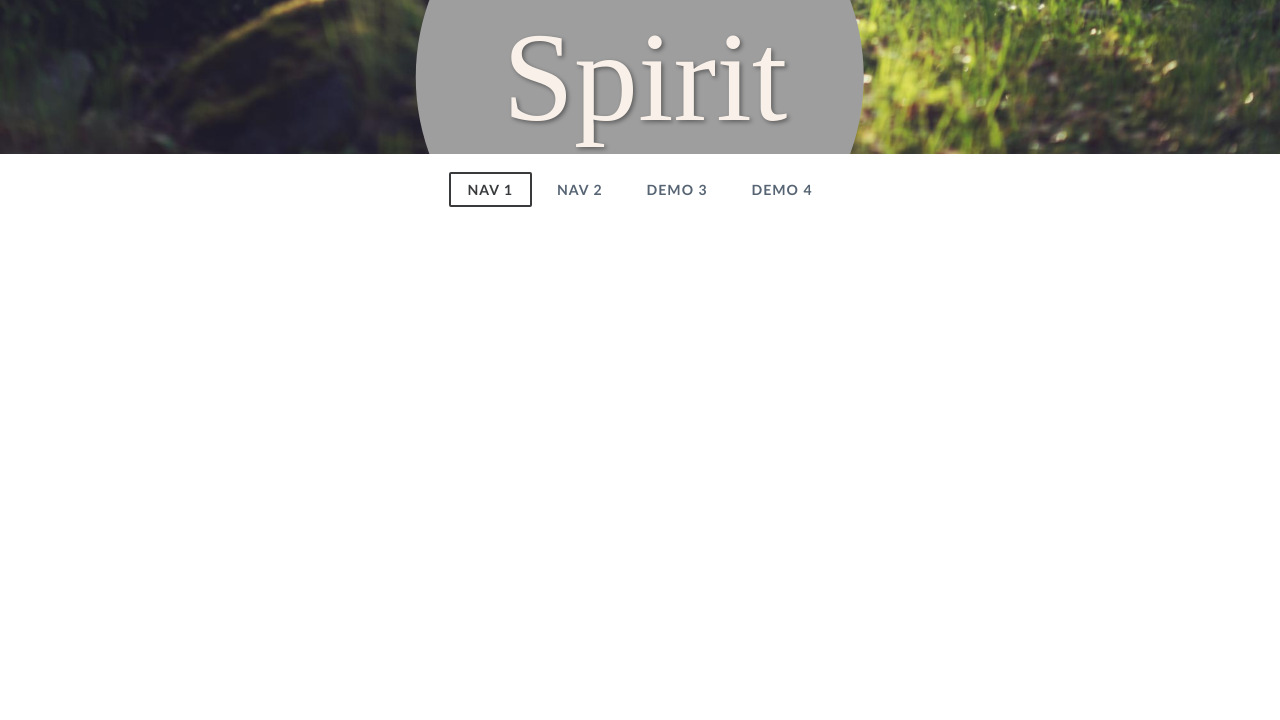
Repository: Arlenman/Arlenman.github.io
Page: index.html
These files come from the project's save history. The page is drawn as it stood at one moment and after the next save; the edit follows.
The browser window is 1280 px wide. The pictures show the whole page.
Pictures or frames that could not be fetched are drawn as grey boxes.

Above is the page before, as saved 2020-01-13 16:04:10.
Not found: js/demo-2.js
Not found: js/rAF.js

After the next save:
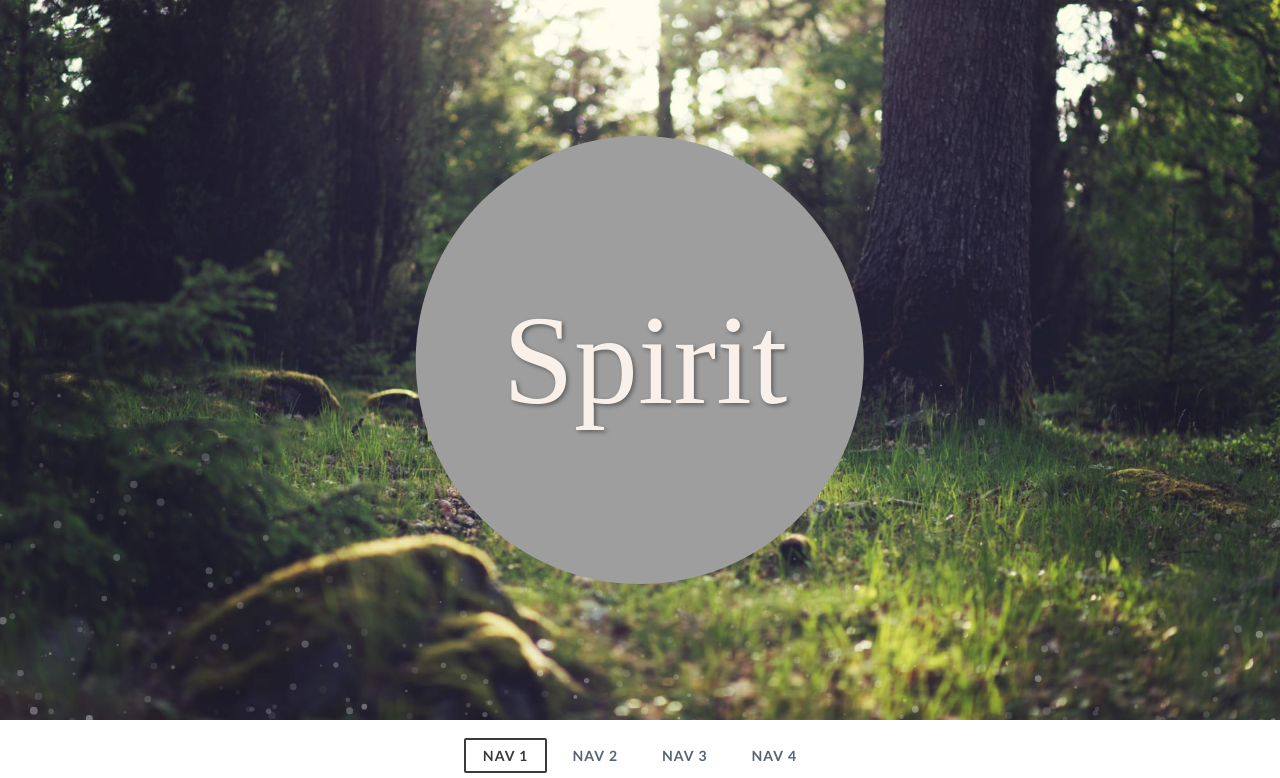
Saved 61 s later.
--- a/index.html
+++ b/index.html
@@ -26,12 +26,12 @@
 		<nav class="codrops-demos">
 			<a class="current-demo" href="index.html">nav 1</a>
 			<a href="index.html">nav 2</a>
-			<a href="index3.html">Demo 3</a>
-			<a href="index4.html">Demo 4</a>
+			<a href="index.html">nav 3</a>
+			<a href="index.html">nav 4</a>
 		</nav>
 	</div>
 </div><!-- /container -->
-<script src="js/rAF.js"></script>
-<script src="js/demo-2.js"></script>
+<script src="index_resource/js/rAF.js"></script>
+<script src="index_resource/js/demo-2.js"></script>
 </body>
 </html>
